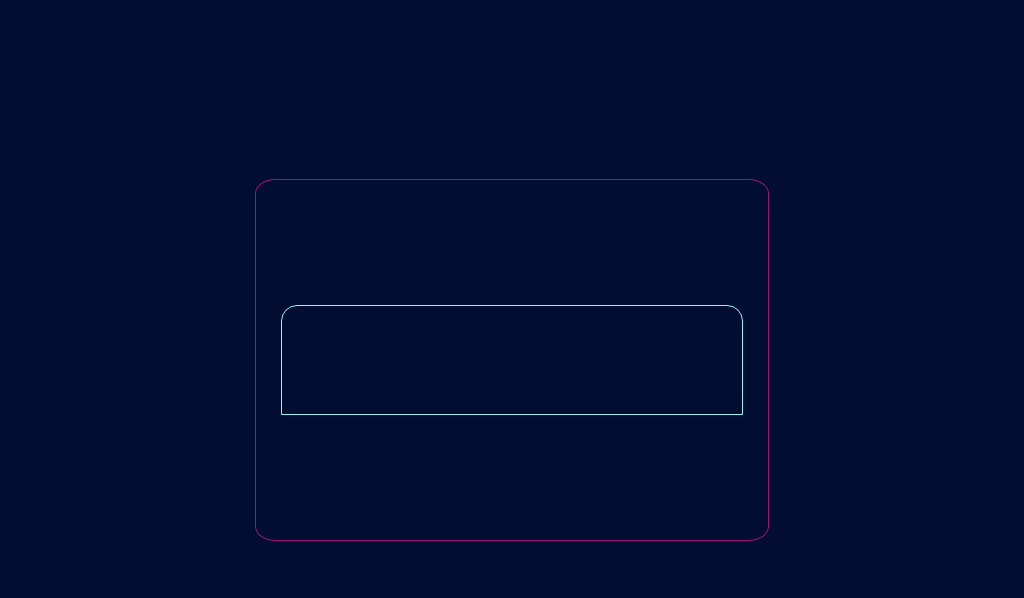
Repository: 2001mariana/Calculator_react
Page: /
An editor plug-in stored every save of this project. The page is shown before and after the next save, followed by the edit.
The browser window is 1024 px wide. The pictures show the whole page.
The project was rebuilt for these pictures with package versions that can differ from the ones it lists, and the page was loaded fresh each time.

Above is the page before, as saved 2023-02-06 17:33:00.

### src/index.tsx
import React from "react";
import ReactDOM from "react-dom/client";

import App from "./App";
import reportWebVitals from "./reportWebVitals";

import "./index.css";

const root = ReactDOM.createRoot(
  document.getElementById("root") as HTMLElement
);
root.render(
  <React.StrictMode>
    <App />
  </React.StrictMode>
);

reportWebVitals();

### src/App.tsx
import "./App.css";

function App() {
  return (
    <div className="Calculator">
      <div className="Calculator__body">
        <div className="Calculator__screen"></div>
      </div>
    </div>
  );
}

export default App;

### src/App.css
.Calculator {
  background-color: #020e31;
  height: 100vh;
  display: flex;
  justify-content: center;
  align-items: center;
}

.Calculator__body {
  height: 50vh;
  width: 40vw;
  border-radius: 4%;
  border: 1px solid #9e1379;
  display: flex;
  flex-direction: column;
  justify-content: center;
  align-items: center;
}

.Calculator__screen {
  border: 1px solid #92F4F4;
  height: 30%;
  width: 90%;
  border-radius: 16px 16px 0 0;
}

@media (max-width: 1200px) {
  .Calculator__body {
    height: 55hw;
  }
}

@media (max-width: 1100px) {
  .Calculator__body {
    width: 50vw;
  }
}

@media (max-width: 1000px) {
  .Calculator__body {
    width: 55vw;
  }
}

@media (max-width: 900px) {
  .Calculator__body {
    width: 60vw;
  }
}

@media (max-width: 800px) {
  .Calculator__body {
    width: 70vw;
  }
}

@media (max-width: 680px) {
  .Calculator__body {
    width: 80vw;
  }
}

@media (max-width: 560px) {
  .Calculator__body {
    width: 90vw;
  }
}

Loaded but not shown: public/index.html (common file); src/reportWebVitals.ts (common file); src/index.css (common file)

After the next save:
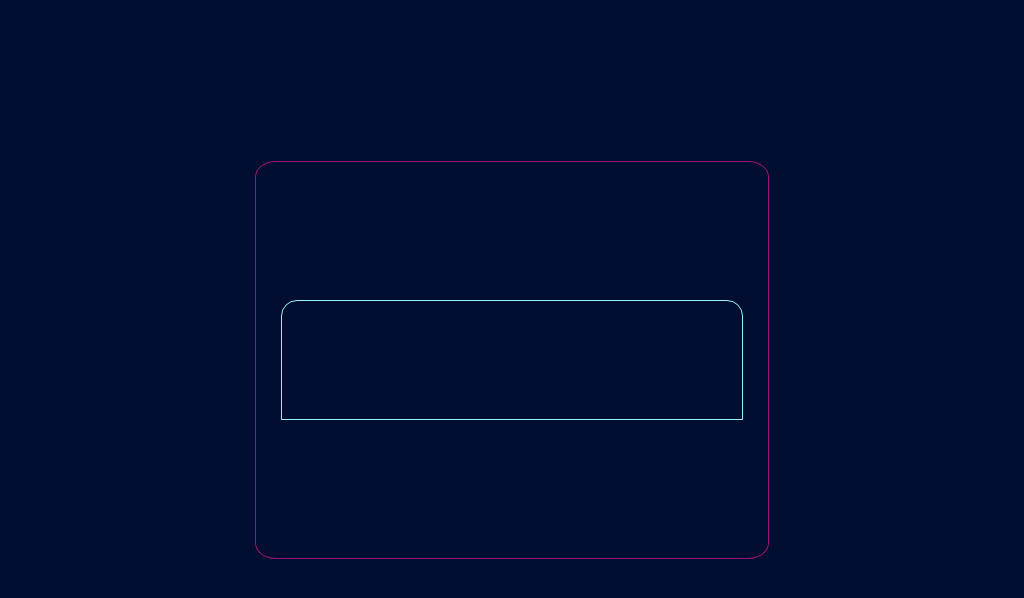
Saved 4 s later.
--- a/src/App.css
+++ b/src/App.css
@@ -26,7 +26,7 @@
 
 @media (max-width: 1200px) {
   .Calculator__body {
-    height: 55hw;
+    height: 55vh;
   }
 }
 
